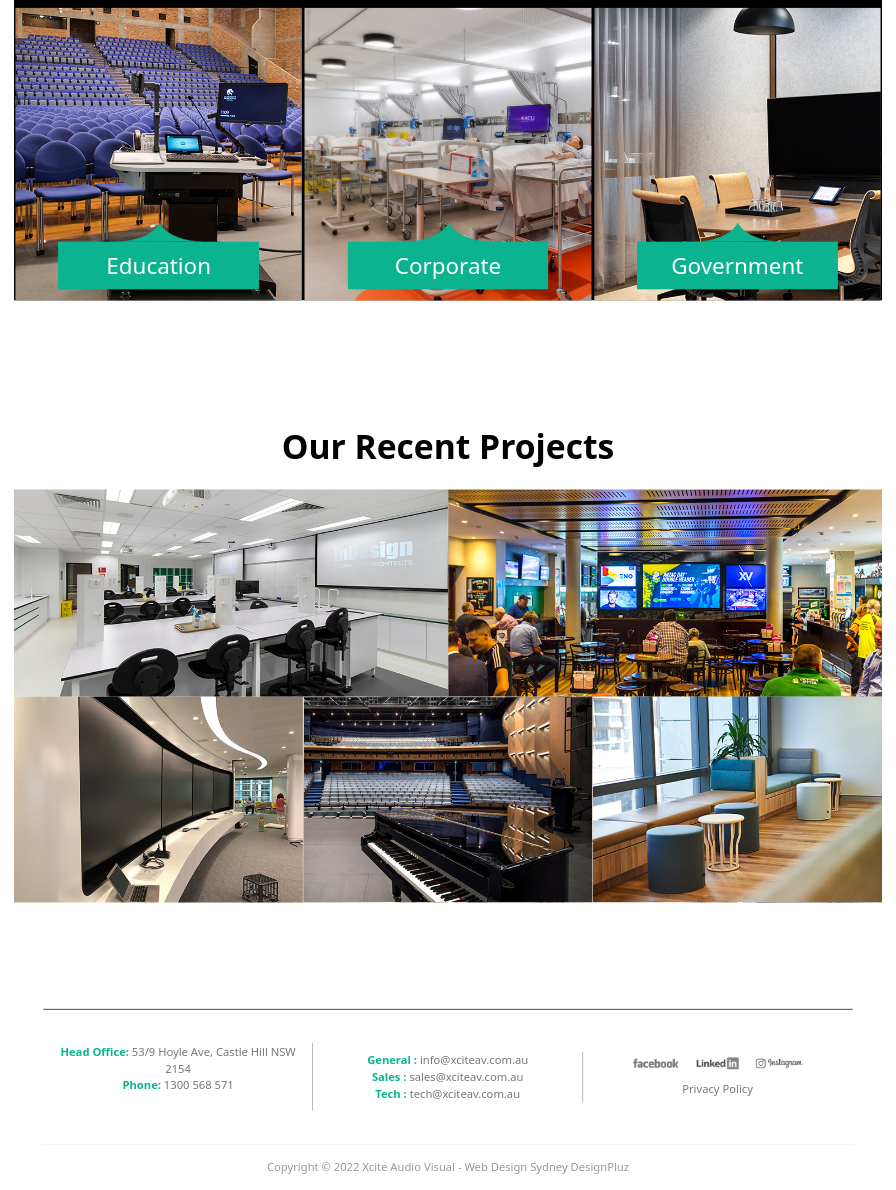
Repository: Imprasna/designplus
Page: index.html
The author's editor kept a copy of each file at every save. The page is drawn from the files as they stood at one save, then again after a run of saves.
The browser window is 1280 px wide. The pictures show the part of the page from y = 1555 to 3475 px (the page is 3255 px tall before and 3475 px after), at 70% of full size.

Above is the page before, as saved 2022-03-16 23:53:46.

### index.html
<!DOCTYPE html>
<html lang="en">

<head>
  <meta charset="UTF-8">
  <meta http-equiv="X-UA-Compatible" content="IE=edge">
  <meta name="viewport" content="width=device-width, initial-scale=1.0">
  <link href="https://cdn.jsdelivr.net/npm/bootstrap@5.1.3/dist/css/bootstrap.min.css" rel="stylesheet"
    crossorigin="anonymous">
  <script src="https://cdn.jsdelivr.net/npm/bootstrap@5.1.3/dist/js/bootstrap.bundle.min.js" crossorigin="anonymous">
  </script>
  <link rel="stylesheet" href="style.css">
  <title>DesignPlus</title>
</head>

<body>

  <header>
    <div class="container-fluid">
      <nav class="navbar navbar-expand-lg navbar-light bg-light">
        <div class="container-fluid">
          <a class="navbar-brand" href="#"><img src="assets/Images/XCITEAV_logo.svg" alt=""></a>
          <button class="navbar-toggler" type="button" data-bs-toggle="collapse"
            data-bs-target="#navbarSupportedContent" aria-controls="navbarSupportedContent" aria-expanded="false"
            aria-label="Toggle navigation">
            <span class="navbar-toggler-icon"></span>
          </button>
          <div class="collapse navbar-collapse" id="navbarSupportedContent">
            <ul class="navbar-nav ms-auto mb-2 mb-lg-0">
              <li class="nav-item">
                <a class="nav-link active" aria-current="page" href="#">About</a>
              </li>
              <li class="nav-item">
                <a class="nav-link" href="#">Industries</a>
              </li>
              <li class="nav-item">
                <a class="nav-link" href="#">Xcite Care</a>
              </li>
              <li class="nav-item">
                <a class="nav-link" href="#">Projects</a>
              </li>
              <li class="nav-item">
                <a class="nav-link" href="#">Clients</a>
              </li>
              <li class="nav-item">
                <a class="nav-link" href="#">Contact Us</a>
              </li>
              <li class="nav-item tel-phone">
                <a href="tel:1300568571" class="nav-link">T: 1300 568 571</a>
              </li>
            </ul>
            <!-- <form class="d-flex">
                      <input class="form-control me-2" type="search" placeholder="Search" aria-label="Search">
                      <button class="btn btn-outline-success" type="submit">Search</button>
                    </form> -->
          </div>
        </div>
      </nav>
    </div>
  </header>

  <main>
    <section>
      <div class="container-fluid hero_sec">
        <img src="assets/Images/hero-banner.jpg" alt="">
        <p class="hero_texts">
          <span>Focused on</span> Providing reliable, robust solutions
        </p>
      </div>
    </section>

    <section>
      <div class="container-fluid second_sec">
        <div class="container-fluid">
          <div class="row second_sec-block">
            <div class="col-sm-5 col-md-6">
              <p>
                <span>Xcite Audio Visual</span> is a technology based company focused on providing reliable, robust
                solutions that enhance the user experience for our client's projects.
              </p>
              <p class="description">
                Since 2009, Xcite Audio Visual has been a leading audio visual integration specialist.
              </p>
              <a href="#">Read More</a>
            </div>
            <div class="col-sm-5 col-md-6 second_sec-img">
              <img src="assets/Images/about-ring.png" alt="">
              <p class="fifty">
                <span>50</span>
                years Experience
              </p>
            </div>
          </div>
        </div>
      </div>
    </section>

    <section>
      <div class="container-fluid industries">
        <div class="container-fluid">
          <div class="row industries_block">
            <h1>Industries</h1>
            <div class="col-md-4 g-1 align-items-end">
              <div class="card" style="width: 100%;">
                <img src="assets/Images/service_education.jpg" class="card-img-top" alt="...">
                <a href="#" class="btn btn-primary">Education</a>
                <!-- <div class="card-body">
                </div> -->
              </div>
            </div>
            <div class="col-md-4 g-1 align-items-end">
              <div class="card" style="width: 100%;">
                <img src="assets/Images/service_government.jpg" class="card-img-top" alt="...">
                <a href="#" class="btn btn-primary">Corporate</a>
                <!-- <div class="card-body">
                </div> -->
              </div>
            </div>
            <div class="col-md-4 g-1 align-items-end">
              <div class="card" style="width: 100%;">
                <img src="assets/Images/service_corporate.jpg" class="card-img-top" alt="...">
                <a href="#" class="btn btn-primary">Government</a>
                <!-- <div class="card-body">
                </div> -->
              </div>
            </div>
          </div>
        </div>
      </div>
    </section>

    <section>
      <div class="container-fluid third_sec">
        <div class="container-fluid">
          <div class="row third_sec-block">
            <h1>Our Recent Projects</h1>
            <div class="col-md-6 gx-0">
              <img src="assets/Images/recent_project_01.jpg" alt="">
            </div>
            <div class="col-md-6 gx-0">
              <img src="assets/Images/recent_project_02.jpg" alt="">
            </div>
          </div>
          <div class="row third_sec-block-2">
            <div class="col-md-4 gx-0">
              <img src="assets/Images/recent_project_03.jpg" alt="">
            </div>
            <div class="col-md-4 gx-0">
              <img src="assets/Images/recent_project_04.jpg" alt="">
            </div>
            <div class="col-md-4 gx-0">
              <img src="assets/Images/recent_project_05.jpg" alt="">
            </div>
          </div>
        </div>
      </div>
    </section>

    <section>
      <div class="container-fluid">
        <div class="container-fluid">
          <div class="row">

          </div>
        </div>
      </div>
    </section>

  </main>

  <footer>
    <div class="container-fluid footer_sec">
      <div class="container-fluid">
        <div class="row align-items-center footer_sec-block">
          <div class="line"></div>
            <div class="col-md-4 text-center top_sec">
              <p>Head Office: <a href="#">53/9 Hoyle Ave, Castle Hill NSW 2154</a></p>
              <p>Phone: <a href="tel:1300 568 571">1300 568 571</a></p>
              <p>&nbsp;</p>
            </div>
            <div class="col-md-4 text-center middle_sec">
              <p>General :<a href="#"> info@xciteav.com.au</a> </p>
              <p>Sales :<a href="#"> sales@xciteav.com.au</a> </p>
              <p>Tech :<a href="#"> tech@xciteav.com.au</a> </p>
            </div>
            <div class="col-md-4 text-center social_icons">
              <div>
                <img src="assets/Images/social-facebook-icon.png" alt="">
                <img src="assets/Images/social-linkedin-icon.png" alt="">
                <img src="assets/Images/social-instagram-icon.png" alt="">
              </div>
              <a href="#">Privacy Policy</a>
            </div>
            <div class="bottom-line"></div>
        </div>
      </div>
    </div>
    <div class="container-fluid copyright">
      <div class="container-fluid">
        <div class="row">
          <a href="#" class="text-center">Copyright &#169; 2022 Xcite Audio Visual - Web Design Sydney DesignPluz</a>
        </div>
      </div>
    </div>
  </footer>



</body>

</html>

### style.css
* {
    margin: 0;
    padding: 0;
    box-sizing: border-box;
}

html {
    scroll-behavior: smooth;
}


.hero_sec > img {
    width: 100%;
}

.container-fluid.hero_sec {
    padding: 0;
    position: relative;
}

p.hero_texts {
    position: absolute;
    top: 40%;
    left: 5%;
    font-size: 3.2rem;
    line-height: 1.3;
    font-weight: 700;
    color: #fff;
    max-width: 35%;
    width: 28%;
    z-index: 2;
}

p.hero_texts > span {
    position: relative;
    z-index: 2;
}

p.hero_texts > span::after {
    content: '';
    position: absolute;
    bottom: 7px;
    left: 0;
    width: 100%;
    height: 10px;
    background: #0BB390;
    z-index: -1;
}

.container-fluid.second_sec {
    padding: 20px;
    background: #fff;
}

.container-fluid.second_sec > .container-fluid {
    background: #f1f1f1;
}

.row.second_sec-block {
    display: flex;
    align-items: center;
    width: 95%;
    margin: 0 auto;
    padding: 4rem 0;
}

.row.second_sec-block > .col-sm-5.col-md-6 > p {
    font-size: 2.5rem;
    line-height: 1.3;
    font-weight: 600;
}

.row.second_sec-block > .col-sm-5.col-md-6 > p span {
    color: #0BB390;
}

.col-sm-5.col-md-6.second_sec-img {
    display: flex;
    justify-content: end;
    position: relative;
}

.row.second_sec-block > .col-sm-5.col-md-6 > p.description {
    font-size: 1.5rem;
    font-weight: 400;
}

.col-sm-5.col-md-6 > a {
    text-decoration: none;
    font-size: 1.1rem;
    font-weight: 700;
    color: #000;
    position: relative;
}

.col-sm-5.col-md-6 > a::after {
    content: '';
    position: absolute;
    height: 1px;
    width: 50px;
    background: #000;
    top: 13px;
    left: 110%;
}

.col-sm-5.col-md-6 > a::before {
    content: '';
    position: absolute;
    height: 13px;
    width: 13px;
    background: #99CF16;
    border-radius: 50%;
    left: 120%;
    top: 7px;
    z-index: 1;
}

.col-sm-5.col-md-6.second_sec-img > img {
    width: 60%;
    height: 100%;
}

.col-sm-5.col-md-6.second_sec-img > p.fifty {
    position: absolute;
    top: 6rem;
    left: 70%;
    display: flex;
    flex-direction: column;
    align-items: center;
    text-transform: uppercase;
    width: 1%;
    text-align: center;
    font-size: 2rem;
}

.col-sm-5.col-md-6.second_sec-img > p.fifty span {
    font-size: 3rem;
    font-weight: 700;
    color: #000;
}


.container-fluid.industries {
    background: #fff;
    padding: 20px 20px 0;
}

.container-fluid.industries > .container-fluid {
    background: #000;
}

.row.industries_block {
    padding-top: 10rem;
}

.row.industries_block > h1 {
    font-size: 3rem;
    font-weight: 700;
    color: #fff;
    text-align: center;
    margin-bottom: 2rem;
}

.card {
    border-radius: 0;
    position: relative;
    border: none;
}

.card > img {
    border-radius: 0;
}

a.btn.btn-primary {
    width: 70%;
    margin: 0 auto;
    padding: 10px 2px;
    position: absolute;
    bottom: 1rem;
    left: 15%;
    border-radius: 0;
    background: #0BB390;
    outline: none;
    border: none;
    font-size: 2rem;
    font-weight: 500;
}

a.btn.btn-primary::before {
    content: url(./assets/Images/service-shape.png);
    position: absolute;
    bottom: 3.5rem;
    left: 0;
    width: 100%;
}

.container-fluid.third_sec {
    padding: 20px;
    background: #fff;
}

.row.third_sec-block > .col-md-6.gx-0 > img {
    width: 100%;
}

.row.third_sec-block-2 > .col-md-4.gx-0 > img {
    width: 100%;
    height: auto;
}

.row.third_sec-block {
    padding-top: 10rem;
}

.row.third_sec-block > h1 {
    font-size: 3rem;
    font-weight: 700;
    color: #000;
    text-align: center;
    margin-bottom: 2rem;
}

.container-fluid.footer_sec {
    padding: 20px 20px 0;
    background: #fff;
}

.row.align-items-center.footer_sec-block {
    padding-top: 7rem;
    width: 95%;
    margin: 0 auto;
}

.line {
    width: 100%;
    height: 1px;
    background: #000;
    margin-bottom: 3rem;
}

.bottom-line {
    width: 100%;
    height: 1px;
    background: #f2f2f2;
    margin-top: 3rem;
}

.col-md-4.text-center.top_sec {
    height: 100%;
    border-right: 1px solid #999;
    position: relative;
}

.col-md-4.text-center.middle_sec {
    height: 100%;
    border-right: 1px solid #999;
    position: relative;
}

.col-md-4.text-center > p {
    color: #0BB390;
    font-weight: 600;
    margin-bottom: 0;
}

.col-md-4.text-center > p > a {
    font-weight: 400;
    color: #777;
    text-decoration: none;
}

.col-md-4.text-center.social_icons > div {
    display: flex;
    justify-content: center;
    gap: 1rem;
}

.col-md-4.text-center.social_icons > div > img {
    width: 20%;
    filter: grayscale(1);
    opacity: .7;
    margin-bottom: 15px;
}

.col-md-4.text-center.social_icons > a {
    text-decoration: none;
    font-size: 1rem;
    color: #777;
}

.container-fluid.copyright {
    padding: 20px;
    background: #fff;
    margin: 0;
}

.container-fluid.copyright > .container-fluid {
    background: #fff;
}

.container-fluid.copyright > .container-fluid  > .row > a {
    text-decoration: none;
    font-size: 1rem;
    color: #999;
}

After the next 2 saves:
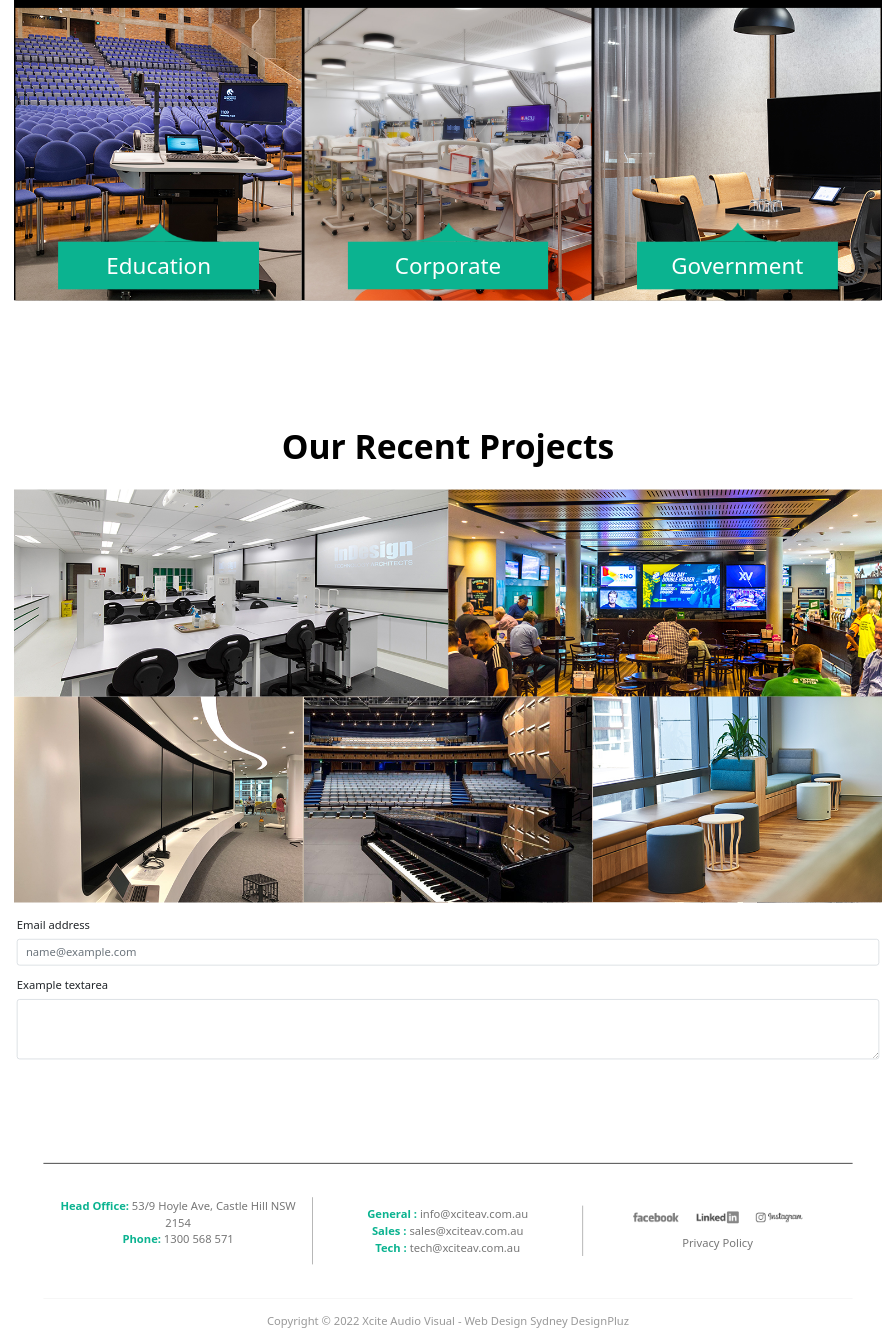
The 2 saves are shown as one change because they came seconds apart.
The last was saved 12 min 38 s later.
--- a/index.html
+++ b/index.html
@@ -160,7 +160,16 @@
       <div class="container-fluid">
         <div class="container-fluid">
           <div class="row">
-
+            <form action="">
+              <div class="mb-3">
+                <label for="exampleFormControlInput1" class="form-label">Email address</label>
+                <input type="email" class="form-control" id="exampleFormControlInput1" placeholder="name@example.com">
+              </div>
+              <div class="mb-3">
+                <label for="exampleFormControlTextarea1" class="form-label">Example textarea</label>
+                <textarea class="form-control" id="exampleFormControlTextarea1" rows="3"></textarea>
+              </div>
+            </form>
           </div>
         </div>
       </div>
